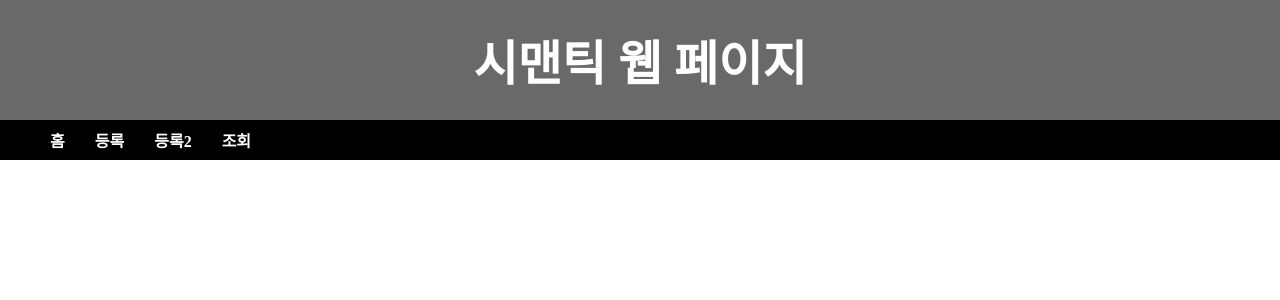
Repository: balhyo-younjisang/DigitechJSP
Page: http://localhost/InputPractice/
These files come from the project's save history. The page is drawn as it stood at one moment and after the next save; the edit follows.
The browser window is 1280 px wide. The pictures show the whole page.
The page is served by Tomcat 9. Queries for data that is not in the repository find no rows.

Above is the page before, as saved 2025-03-27 07:13:00.

### InputPractice/src/main/webapp/index.jsp
<%@page import="java.sql.ResultSet"%>
<%@page import="java.sql.PreparedStatement"%>
<%@page import="java.sql.Connection"%>
<%@page import="demo0327.DBConnection"%>
<%@ page language="java" contentType="text/html; charset=UTF-8"
	pageEncoding="UTF-8"%>
<%
Connection conn = DBConnection.getConnection();
String sql = "select TO_CHAR(no + 1, '00000') as no, sysdate as today from TBL_EMP_202304";
PreparedStatement pstmt = conn.prepareStatement(sql);
ResultSet rs = pstmt.executeQuery();

String no, today = "";
if (rs.next()) {
	no = rs.getString("no");
	no = rs.getString("today");
}
%>
<!DOCTYPE html>
<html>
<head>
<meta charset="UTF-8">
<title>시멘틱 웹 페이지 | 다양한 Input 연습</title>
<link rel="stylesheet" href="./css/style.css">
</head>
<body>
	<header>
	 	<div>
	 		<a href="/">시맨틱 웹 페이지</a>
	 	</div>
		<nav>
			<ul class="gnb">
				<li><a href="#">홈</a></li>
				<li><a href="#">등록</a></li>
				<li><a href="#">등록2</a></li>
				<li><a href="#">조회</a></li>
			</ul>
		</nav>
	</header>
</body>
</html>

### InputPractice/src/main/java/demo0327/DBConnection.java
package demo0327;

import java.sql.Connection;
import java.sql.DriverManager;
import java.sql.PreparedStatement;
import java.sql.ResultSet;

public class DBConnection {
	public static Connection getConnection() {
		Connection conn = null;

		try {
			Class.forName("oracle.jdbc.OracleDriver");
			conn = DriverManager.getConnection("jdbc:oracle:thin:@localhost:1521:xe", "system", "1234");
		} catch (Exception e) {
			e.printStackTrace();
			System.out.println("DB Connection failed :: " + e.getMessage());
		}

		return conn;
	}

	public static void close(PreparedStatement pstmt, Connection conn) {
		try {
			if(pstmt != null) pstmt.close();
			if(conn != null) conn.close();
		} catch (Exception e) {
			e.printStackTrace();
			System.out.println("DB Connection close failed :: " + e.getMessage());
		}
	}

	public static void close(ResultSet rs, PreparedStatement pstmt, Connection conn) {
		try {
			if(rs != null) rs.close();
			if(pstmt != null) pstmt.close();
			if(conn != null) conn.close();
		} catch (Exception e) {
			e.printStackTrace();
			System.out.println("DB Connection close failed :: " + e.getMessage());
		}
	}
}

### InputPractice/src/main/webapp/css/style.css
@charset "UTF-8";

* {
	margin: 0;
	padding: 0;
	box-sizing: border-box;
}

a {
	text-decoration: none;
	color: inherit;
}

ul, li {
	list-style: none;
}

header {
	width: 100vw;
	height: 160px;
}

header > div {
	background-color: dimgray;
	width: 100%;
	height: 120px;
	color: white;
	display: flex;
	justify-content: center;
	align-items: center;
	font-size: 48px;
	font-weight: bold;
}

header nav {
	width: 100%;
	height: 40px;
	background-color: black;
	padding-left: 50px;
}

header .gnb {
	display: flex;
	gap: 30px;
	align-items: center;
	height: 100%;
	color: white;
	font-weight: bold;
}

After the next save:
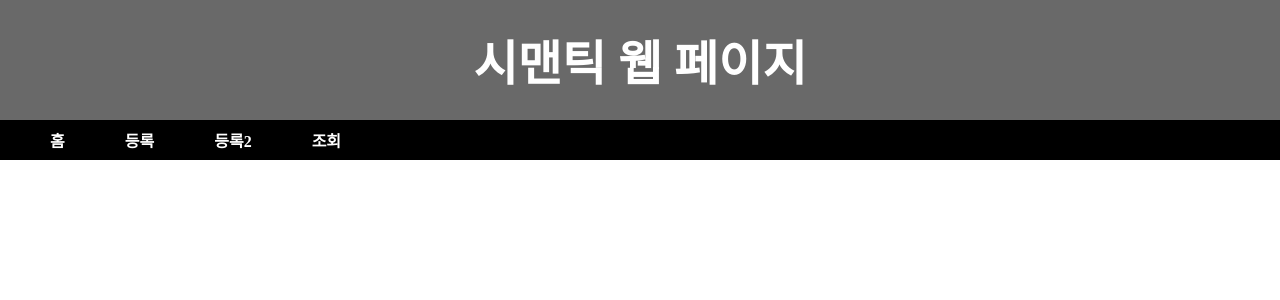
Saved 12 s later.
--- a/InputPractice/src/main/webapp/css/style.css
+++ b/InputPractice/src/main/webapp/css/style.css
@@ -41,7 +41,7 @@ header nav {
 
 header .gnb {
 	display: flex;
-	gap: 30px;
+	gap: 60px;
 	align-items: center;
 	height: 100%;
 	color: white;
